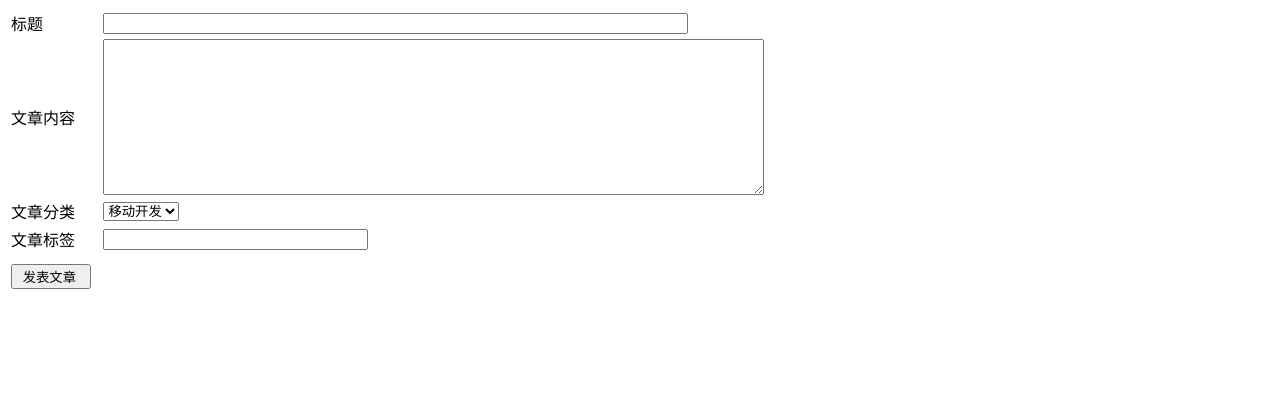
Repository: tangqingyun/java
Page: http://localhost/tamny_blog/postedit.jsp
The author's editor kept a copy of each file at every save. The page is drawn from the files as they stood at one save, then again after the next save.
The browser window is 1280 px wide. The pictures show the whole page.
The page is served by Tomcat 9. Nobody is signed in. The application's start-up code is not run.

Above is the page before, as saved 2015-01-21 09:53:17.

After the next save:
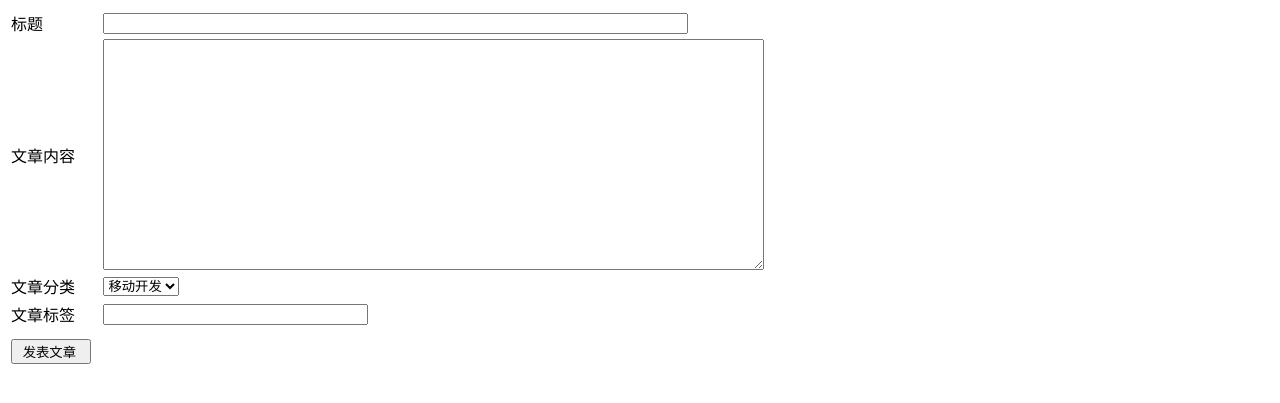
Saved 4 s later.
--- a/tamny_blog/WebContent/postedit.jsp
+++ b/tamny_blog/WebContent/postedit.jsp
@@ -17,7 +17,7 @@
 			</tr>
 			<tr>
 				<td>文章内容</td>
-				<td><textarea name="user.nickname" cols="80" rows="10"></textarea></td>
+				<td><textarea name="user.nickname" cols="80" rows="15"></textarea></td>
 			</tr>
 			<tr>
 				<td>文章分类</td>
